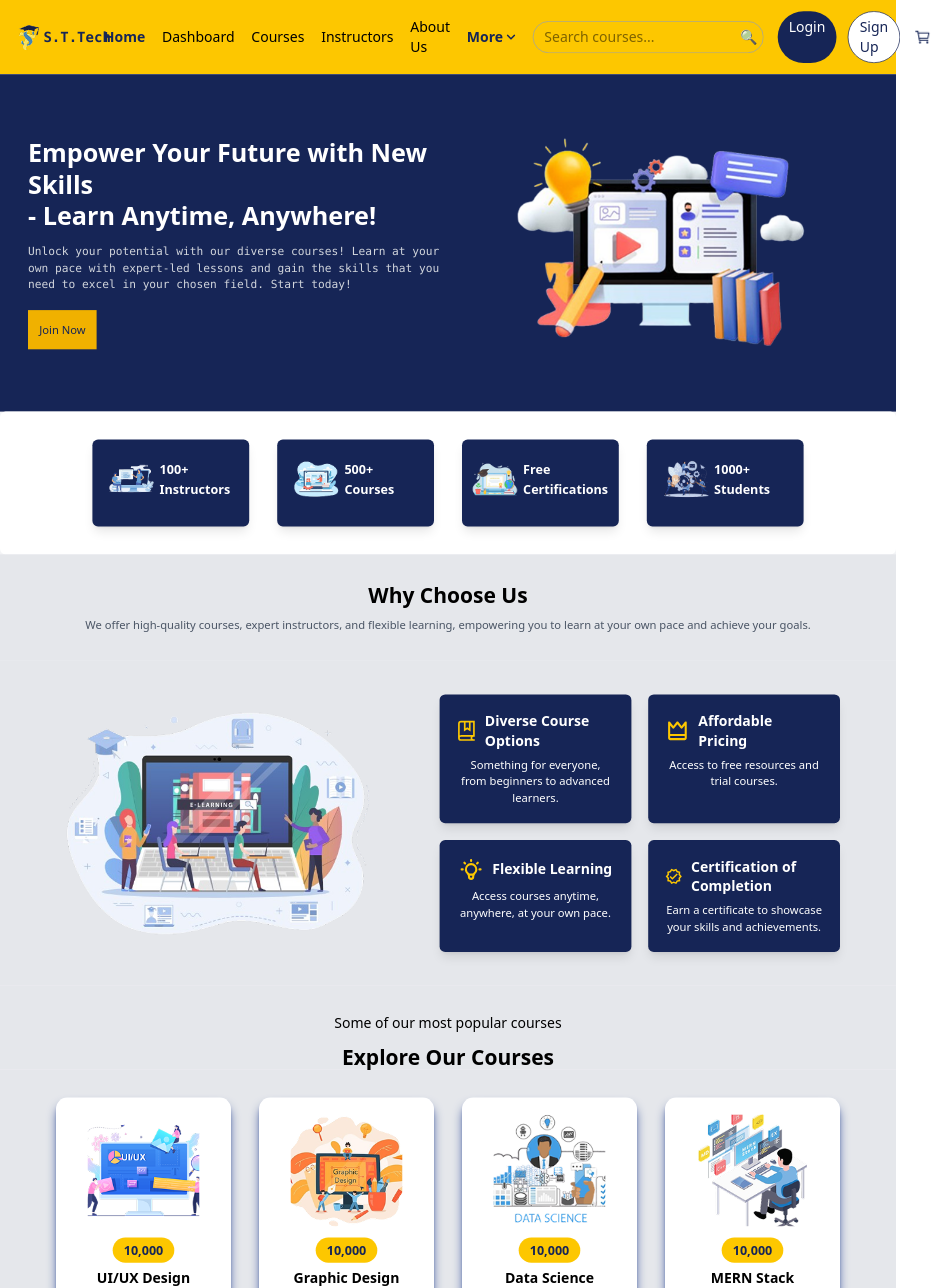
Repository: binisha-ghi1/e-learning
Page: /
These files come from the project's save history. The page is drawn as it stood at one moment and after the next save; the edit follows.
The browser window is 1280 px wide. The page is 1330 px wide, then 1280 px, then 1330 px, so the pictures cover 1330 px, including what lies to the right of the window. The pictures show the part of the page from y = 0 to 1840 px (the page is 6318 px tall before and 720 px after), at 70% of full size.
The project was rebuilt for these pictures with package versions that can differ from the ones it lists, and the page was loaded fresh each time. Also part of the build but not shown: vite.config.js, src/components/pages/AboutUs.jsx, src/components/pages/Dashboard.jsx, src/components/pages/Courses.jsx, src/components/pages/CourseDetail.jsx, src/components/pages/Instructors.jsx, src/components/pages/InstructorDetail.jsx, src/components/pages/More.jsx and 7 more.

Above is the page before, as saved 2025-02-22 21:47:44.

### src/main.jsx
import { StrictMode } from "react";
import { createRoot } from "react-dom/client";
import './index.css';
import App from './App.jsx';
import { BrowserRouter } from 'react-router-dom';
import { Auth0Provider } from '@auth0/auth0-react';

const rootElement = document.getElementById('root');
const root = createRoot(rootElement);

root.render(
  <StrictMode>
    <BrowserRouter>
      <Auth0Provider
        domain="dev-cgihc3o66rzyc3mx.us.auth0.com"
        clientId="7SBe4yFt3rYa3YhYrUZC3MTTG03d0HP8"
        authorizationParams={{
          redirect_uri: window.location.origin,
        }}
      >
        <App />
      </Auth0Provider>
    </BrowserRouter>
  </StrictMode>
);

### src/App.jsx
import React, { useState } from 'react';
import { Routes, Route } from 'react-router-dom';
import Navbar from './components/Navbar/Navbar';
import AboutUs from './components/pages/AboutUs';
import Home from './components/pages/Home';
import Dashboard from './components/pages/Dashboard';
import Courses from './components/pages/Courses';
import CourseDetail from './components/pages/CourseDetail';
import Instructors from './components/pages/Instructors';
import InstructorDetail from './components/pages/InstructorDetail';
import More from './components/pages/More';
import Contact from './components/pages/Contact';
import Login from './components/Authenication/Login';
import Signup from './components/Authenication/Signup';
import CartPage from './components/pages/CartPage';
import Payment from './components/pages/Payment';
import Failure from './components/pages/Failure';
import Success from './components/pages/Success';
import Team from './components/Team/Team';
import Student from './components/Student/Student';


const App = () => {
  const [cart, setCart] = useState([]);
  const [user, setUser] = useState(null);

  return (
    <div>
      <Navbar cart={cart} user={user} />
      <Routes>
        <Route path="/" element={<Home />} />
        <Route path="/dashboard" element={<Dashboard />} />
        <Route path="/courses" element={<Courses cart={cart} setCart={setCart} />} />
        <Route path="/course/:courseId" element={<CourseDetail cart={cart} setCart={setCart} />} />
        <Route path="/instructors" element={<Instructors />} />
        <Route path="/instructors/:id" element={<InstructorDetail />} />
        <Route path="/about" element={<AboutUs />} />

        <Route path="/contact" element={<Contact />} />
        <Route path="/more" element={<More />} />
        <Route path="/signup" element={<Signup setUser={setUser} />} />
        <Route path="/login" element={<Login setUser={setUser} />} />
        <Route path="/cart" element={<CartPage cart={cart} setCart={setCart} />} />
        <Route path="/payment" element={<Payment cart={cart} />} />
        <Route path="/success" element={<Success />} />
        <Route path="/failure" element={<Failure />} />
        <Route path="/team" element={<Team />} />
        <Route path="/student" element={<Student />} />

      </Routes>
    </div>
  );
};

export default App;

### src/components/Navbar/Navbar.jsx
import React, { useState, useRef, useEffect } from 'react';
import { NavLink, useNavigate } from 'react-router-dom';
import { IoCartOutline } from 'react-icons/io5';
import { FaChevronDown } from 'react-icons/fa';
import logo from '../../assets/images/logo.png';

const Navbar = ({ cart }) => {
  const [isDropdownOpen, setIsDropdownOpen] = useState(false);
  const [searchTerm, setSearchTerm] = useState(""); // ✅ Add state for search
  const dropdownRef = useRef(null);
  const navigate = useNavigate(); // ✅ To navigate to courses

  useEffect(() => {
    function handleClickOutside(event) {
      if (dropdownRef.current && !dropdownRef.current.contains(event.target)) {
        setIsDropdownOpen(false);
      }
    }
    document.addEventListener("mousedown", handleClickOutside);
    return () => document.removeEventListener("mousedown", handleClickOutside);
  }, []);

  const handleSearchSubmit = (e) => {
    e.preventDefault();
    if (searchTerm.trim()) {
      navigate(`/courses?search=${searchTerm}`); // ✅ Redirect to courses with search query
    }
  };

  return (
    <div className="flex flex-row bg-yellow-400 text-xl sticky top-0 z-50 font-oswald gap-5 py-4 px-6 items-center justify-between">
      {/* Logo */}
      <div className="flex items-center">
        <img src={logo} alt="S.T.Tech Logo" className="h-10 w-auto mr-2 animate-spin" />
        <p className="font-mono text-blue-950 font-bold">S.T.Tech</p>
      </div>

      {/* Navigation Links */}
      <div className="flex items-center gap-6">
        <NavLink to="/" className={({ isActive }) => isActive ? "text-blue-950 font-bold" : "hover:text-blue-950 hover:underline"}>Home</NavLink>
        <NavLink to="/dashboard" className={({ isActive }) => isActive ? "text-blue-950 font-bold" : "hover:text-blue-950 hover:underline"}>Dashboard</NavLink>
        <NavLink to="/courses" className={({ isActive }) => isActive ? "text-blue-950 font-bold" : "hover:text-blue-950 hover:underline"}>Courses</NavLink>
        <NavLink to="/instructors" className={({ isActive }) => isActive ? "text-blue-950 font-bold" : "hover:text-blue-950 hover:underline"}>Instructors</NavLink>
        <NavLink to="/about" className={({ isActive }) => isActive ? "text-blue-950 font-bold" : "hover:text-blue-950 hover:underline"}>About Us</NavLink>

        {/* More Dropdown */}
        <div className="relative" ref={dropdownRef}>
          <button onClick={() => setIsDropdownOpen(!isDropdownOpen)} className="flex items-center gap-1 text-blue-950 font-bold hover:underline">
            More <FaChevronDown className="text-sm" />
          </button>

          {isDropdownOpen && (
            <div className="absolute left-0 mt-2 w-48 bg-white border rounded-lg shadow-lg">
              <NavLink to="/contact" className="block px-4 py-2 text-blue-950 hover:bg-gray-200" onClick={() => setIsDropdownOpen(false)}>Contact</NavLink>
              <NavLink to="/team" className="block px-4 py-2 text-blue-950 hover:bg-gray-200" onClick={() => setIsDropdownOpen(false)}>Our Team</NavLink>
              <NavLink to="/student" className="block px-4 py-2 text-blue-950 hover:bg-gray-200" onClick={() => setIsDropdownOpen(false)}>Student Reviews</NavLink>
            </div>
          )}
        </div>

        {/* ✅ Search Bar */}
        <form onSubmit={handleSearchSubmit} className="relative">
          <input
            type="text"
            placeholder="Search courses..."
            value={searchTerm}
            onChange={(e) => setSearchTerm(e.target.value)}
            className="border border-gray-400 px-4 py-2 rounded-full focus:outline-none focus:border-blue-500"
          />
          <button type="submit" className="absolute right-2 top-1/2 transform -translate-y-1/2 text-blue-950 font-bold">🔍</button>
        </form>
      </div>

      {/* Login & Signup Buttons */}
      <div className="flex gap-4">
        <NavLink to="/login" className="bg-blue-950 text-white px-4 py-2 rounded-full hover:bg-blue-800">Login</NavLink>
        <NavLink to="/signup" className="bg-white text-blue-950 px-4 py-2 rounded-full border border-blue-950 hover:bg-gray-200">Sign Up</NavLink>
      </div>

      {/* Cart Icon */}
      <NavLink to="/cart" className="relative">
        <IoCartOutline className="text-2xl text-blue-950" />
        {cart.length > 0 && (
          <span className="absolute -top-2 -right-2 bg-red-500 text-white text-xs rounded-full w-5 h-5 flex items-center justify-center">
            {cart.length}
          </span>
        )}
      </NavLink>
    </div>
  );
};

export default Navbar;

### src/components/Team/Team.jsx
import founder from "../../assets/images/founder.png";
import nana from "../../assets/images/nana.png";
import henry from "../../assets/images/henry.png";
import ccr from "../../assets/images/ccr.png";
import { FaFacebook, FaInstagram, FaLinkedin } from "react-icons/fa";
import Footer from "../Footer/Footer";

const teamMembers = [
  { name: "Henry Smith", role: "Founder", image: founder },
  { name: "Nancy White", role: "Manager", image: nana },
  { name: "Henry Smith", role: "Marketing Head", image: henry },
  { name: "Nancy White", role: "Designer", image: ccr },
];

const Team = () => {
  return (
    <div className="p-6">
      <h2 className="text-3xl font-bold text-center mb-8">Our Team</h2>
      <div className="grid grid-cols-1 sm:grid-cols-2 lg:grid-cols-4 gap-14">
        {teamMembers.map((member, index) => (
          <div
            key={index}
            className="text-center bg-blue-950 text-white p-8 rounded-2xl transform transition duration-300 hover:scale-105"
          >
            <img
              src={member.image}
              alt={member.name}
              className="w-52 h-52 border-4 border-blue-600 rounded-full mx-auto mb-4"
            />
            <h3 className="font-semibold text-lg">{member.name}</h3>
            <p className="text-gray-500">{member.role}</p>
            <div className="flex flex-row items-center justify-center gap-4 mt-4 mb-4">
              <FaFacebook className="cursor-pointer hover:text-blue-400 transition duration-300" />
              <FaInstagram className="cursor-pointer hover:text-pink-400 transition duration-300" />
              <FaLinkedin className="cursor-pointer hover:text-blue-300 transition duration-300" />
            </div>
          </div>
        ))}
      </div>
      <Footer/>
    </div>
  );
};

export default Team;

### src/components/Student/Student.jsx
import { FaStar } from "react-icons/fa6";
import eye from '../../assets/images/eye.png';
import ear from '../../assets/images/ear.png';
import nose from '../../assets/images/nose.png';
import Footer from "../Footer/Footer";

const students = [
  {
    name: "James White",
    role: "Student",
    review: "Amazing platform! The lessons are clear, and the instructors are top-notch.",
    image: eye,
  },
  {
    name: "Jack Grey",
    role: "Student",
    review: "The course exceeded my expectations. I can’t wait to take another one!",
    image: ear,
  },
  {
    name: "Nancy Nancy",
    role: "Student",
    review: "The courses are well-structured and easy to follow. I learned so much!",
    image: nose,
  },
];

const Student = () => {
  return (
    <div>
    <div className="text-center mb-20 mt-20">
      <div className="flex items-center justify-center gap-6 flex-wrap">
        {students.map((student, index) => (
          <div
            key={index}
            className="flex flex-col bg-white font-medium p-4 rounded-lg transition-transform transform hover:scale-105 hover:shadow-lg w-72" // Adjusted width to make it smaller
          >
            <img
              src={student.image}
              alt={`${student.name}'s photo`}
              className="w-32 h-32 mx-auto mb-4 relative bottom-20" // Adjusted image position with relative bottom
            />
            <div className="flex justify-center gap-1 text-3xl text-yellow-400">
              {[...Array(5)].map((_, i) => (
                <FaStar key={i} />
              ))}
            </div>
            <h1 className="text-xl pt-2 pb-2 text-blue-950 font-medium">{student.name}</h1>
            <p className="text-lg text-gray-700">{student.role}</p>
            <p className="pt-2 pb-4 text-gray-500 px-4">{student.review}</p>
          </div>
        ))}
      </div>
    </div>
    <Footer/>
    </div>
  );
};

export default Student;

### src/components/Footer/Footer.jsx
import React from "react";
import navbar from "../../assets/images/navbar.png";
import logo from "../../assets/images/logo.png";
import { FaFacebook, FaInstagram, FaLinkedin } from "react-icons/fa";
import { NavLink } from "react-router-dom";

const Footer = () => {
  return (
    <div className="text-white py-10 px-6 " style={{ backgroundImage: `url(${navbar})`, }}>
      {/* Footer Content */}
      <div className="max-w-6xl mt-20 mx-auto grid grid-cols-1 md:grid-cols-5 gap-8">
        {/* Brand Info */}
        <div className="space-y-2">
          <img src={logo} alt="S.T.Tech Logo" className="h-12" />
          <h2 className="text-xl font-bold">S.T.Tech</h2>
          <p className="text-sm">
            S.T. Tech is an e-learning platform offering practical, engaging, and accessible courses designed to help students build skills and achieve their goals.
          </p>
        </div>

        {/* About Section */}
        <div className="space-y-2">
          <h2 className="text-lg font-semibold">About</h2>
          <p className="hover:underline pt-1">Blog</p>
          <p className="hover:underline pt-1">About Us</p>
          <p className="hover:underline pt-1">Team</p>
          <p className="hover:underline pt-1">Instructors</p>
          <p className="hover:underline pt-1">Privacy Policy</p>
          <p className="hover:underline pt-1">Terms & Conditions</p>
        </div>

        {/* Links Section */}
        <div className="space-y-4">
          <h2 className="text-lg font-semibold">Links</h2>
          <NavLink to="/home">
          <p className="hover:underline">Home</p>
          </NavLink>
          <NavLink to="/dashboard">
          <p className="hover:underline pt-3">Dashboard</p>
          </NavLink>
          <NavLink to="/contact">
          <p className="hover:underline pb-2 pt-4">FAQs</p>
          </NavLink>

          <NavLink to="/contact">
          <p className="hover:underline pb-2">Services</p>
          </NavLink>
          <NavLink to="/about">
          <p className="hover:underline pt-2">Why Us</p>
          </NavLink>
        </div>

        {/* Programs Section */}
        <div className="space-y-2">
          <h2 className="text-lg font-semibold">Programs</h2>
          <p className="hover:underline">IT Courses</p>
          <p className="hover:underline">Designing Courses</p>
          <p className="hover:underline">Marketing Courses</p>
          <p className="hover:underline">Business Courses</p>
          <p className="hover:underline">Public Development Courses</p>
          <p className="hover:underline">Creative Arts Courses</p>
        </div>

        {/* Address Section */}
        <div className="space-y-2">
          <h2 className="text-lg font-semibold">Address</h2>
          <p>Location</p>
          <p>Call: +977 9813000000</p>
          <p>Email: binisha@gmail.com</p>
          <p>Monday - Friday</p>
        </div>
      </div>

      {/* Social Media Section */}
      <div className="text-start mt-20">
        <h2 className="text-lg font-semibold">FOLLOW US ON</h2>
        <div className="flex justify-start space-x-6 mt-4 text-xl">
          <FaFacebook className=" cursor-pointer" />
          <FaInstagram className=" cursor-pointer" />
          <FaLinkedin className=" cursor-pointer" />
        </div>
        <p className="text-sm mt-4">© 2024 S.T.Tech. All rights reserved.</p>
      </div>
    </div>
  );
};

export default Footer;

### src/components/Button/Button.jsx


const Button = ({ title }) => {
  return (
    <div>
      <button className="bg-yellow-500 text-blue-950  p-4 flex items-center cursor-pointer gap-x-2 ">
        {title}

      </button>
    </div>
  );
};

export default Button;

### src/components/Sidebar/Sidebar.jsx
import { useState } from "react";
import { FaUser, FaBook, FaHeart, FaTasks, FaVideo, FaComments, FaEnvelope, FaCog, FaSignOutAlt } from "react-icons/fa";

const courseList = [
  {
    name: 'UI/UX Design',
    image: 'ui',  // Replace with actual image path
    video: 'https://www.youtube.com/watch?v=J1D-5feoHF4'
  },
  {
    name: 'Graphic Design',
    image: 'graphic',  // Replace with actual image path
    video: 'https://www.youtube.com/watch?v=dFSia1LZI4Y'
  },
  {
    name: 'Data Science',
    image: 'science',  // Replace with actual image path
    video: 'https://www.youtube.com/watch?v=X3paOmcrTjQ'
  },
  {
    name: 'MERN Stack',
    image: 'stack',  // Replace with actual image path
    video: 'https://www.youtube.com/watch?v=SycSR-NuDF0'
  },
  {
    name: 'Web Development',
    image: 'web',  // Replace with actual image path
    video: 'https://www.youtube.com/watch?v=5YDVJaItmaY'
  },
  {
    name: 'Project Management',
    image: 'project',  // Replace with actual image path
    video: 'https://www.youtube.com/watch?v=39_O-AnzTQg'
  },
  {
    name: 'Digital Marketing',
    image: 'digital',  // Replace with actual image path
    video: 'https://www.youtube.com/watch?v=bixR-KIJKYM'
  },
  {
    name: 'Brand Management',
    image: 'brand',  // Replace with actual image path
    video: 'https://www.youtube.com/watch?v=Hn4r9Byr5BQ'
  },
  {
    name: 'Public Speaking & Presentation',
    image: 'pocket',  // Replace with actual image path
    video: 'https://www.youtube.com/watch?v=tShavGuo0_E'
  },
  {
    name: '3D Modeling & Animation',
    image: 'threeD',  // Replace with actual image path
    video: 'https://www.youtube.com/watch?v=JvN-t0PwLaE'
  },
  {
    name: 'Business Analytics',
    image: 'business',  // Replace with actual image path
    video: 'https://www.youtube.com/watch?v=-psusaPKLg0'
  }
];

const getYouTubeVideoId = (url) => {
  try {
    const videoId = new URL(url).searchParams.get("v");
    return videoId;
  } catch (error) {
    console.error("Invalid video URL:", url);
    return null;
  }
};

const sections = [
  { name: "My Profile", icon: <FaUser /> },
  { name: "My Courses", icon: <FaBook /> },
  { name: "Wishlist", icon: <FaHeart /> },
  { name: "Tasks", icon: <FaTasks /> },
  { name: "Courses Videos", icon: <FaVideo /> },
  { name: "Feedback", icon: <FaComments /> },
  { name: "Messages", icon: <FaEnvelope /> },
  { name: "Settings", icon: <FaCog /> },
  { name: "Logout", icon: <FaSignOutAlt />, className: "text-red-500" },
];

const Sidebar = () => {
  const [activeSection, setActiveSection] = useState("My Profile");

  return (
    <div className="flex">
      {/* Sidebar */}
      <div className="w-64 bg-blue-800 text-white min-h-screen p-4">
        <h2 className="text-xl font-semibold mb-4">Dashboard</h2>
        <ul>
          {sections.map((section, index) => (
            <li key={index}>
              <button
                onClick={() => setActiveSection(section.name)}
                className={`flex items-center gap-2 p-2 w-full text-left hover:bg-gray-700 rounded ${
                  activeSection === section.name ? "bg-gray-500" : ""
                } ${section.className || ""}`}
              >
                {section.icon}
                <span>{section.name}</span>
              </button>
            </li>
          ))}
        </ul>
      </div>

      {/* Content Area */}
      <div className="flex-1 p-6">
        {activeSection === "Courses Videos" && (
          <div className="flex flex-wrap gap-6">
            <div className="grid grid-cols-1 sm:grid-cols-2 md:grid-cols-3 lg:grid-cols-4 gap-8">
              {courseList.map((course, index) => {
                const videoId = getYouTubeVideoId(course.video);
                return (
                  <div key={index} className="bg-white shadow-lg rounded-lg overflow-hidden">
                    <div className="p-4">
                      <h2 className="mt-4 text-center bg-blue-500 text-white rounded py-2 w-full">
                        {course.name}
                      </h2>

                      {/* Video Embedding */}
                      {videoId ? (
                        <iframe
                          className="mt-4 w-full h-32"
                          src={`https://www.youtube.com/embed/${videoId}`}
                          title={course.name}
                          frameBorder="0"
                          allow="accelerometer; autoplay; clipboard-write; encrypted-media; gyroscope; picture-in-picture"
                          allowFullScreen
                        ></iframe>
                      ) : (
                        <p className="text-red-500 mt-4">No video available for this course.</p>
                      )}
                    </div>
                  </div>
                );
              })}
            </div>
          </div>
        )}

          {activeSection === "My Profile" && <h1 className="text-2xl">📚 My Profile</h1>}

        {activeSection === "My Courses" && <h1 className="text-2xl">📚 My Courses</h1>}

        {activeSection === "Wishlist" && <h1 className="text-2xl">❤️ Wishlist</h1>}

        {activeSection === "Tasks" && <h1 className="text-2xl">📋 Tasks</h1>}

        {activeSection === "Feedback" && <h1 className="text-2xl">💬 Feedback</h1>}
        {activeSection === "Messages" && <h1 className="text-2xl">📩 Messages</h1>}
        {activeSection === "Settings" && <h1 className="text-2xl">⚙️ Settings</h1>}
        {activeSection === "Logout" && <h1 className="text-2xl text-red-500">🚪 Logging Out...</h1>}
      </div>
    </div>
  );
};

export default Sidebar;

Loaded but not shown: index.html (common file); src/index.css (common file); src/components/pages/Home.jsx (209 lines, source omitted)

After the next save:
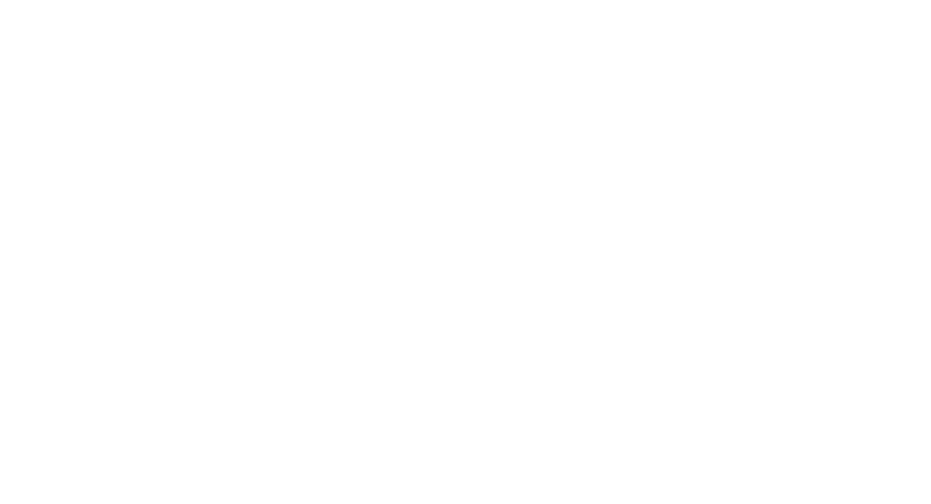
Console error: ReferenceError: Footer is not defined
Saved 18 h 54 min later.
--- a/src/components/Student/Student.jsx
+++ b/src/components/Student/Student.jsx
@@ -2,7 +2,7 @@
 import eye from '../../assets/images/eye.png';
 import ear from '../../assets/images/ear.png';
 import nose from '../../assets/images/nose.png';
-import Footer from "../Footer/Footer";
+
 
 const students = [
   {

After the save that followed:
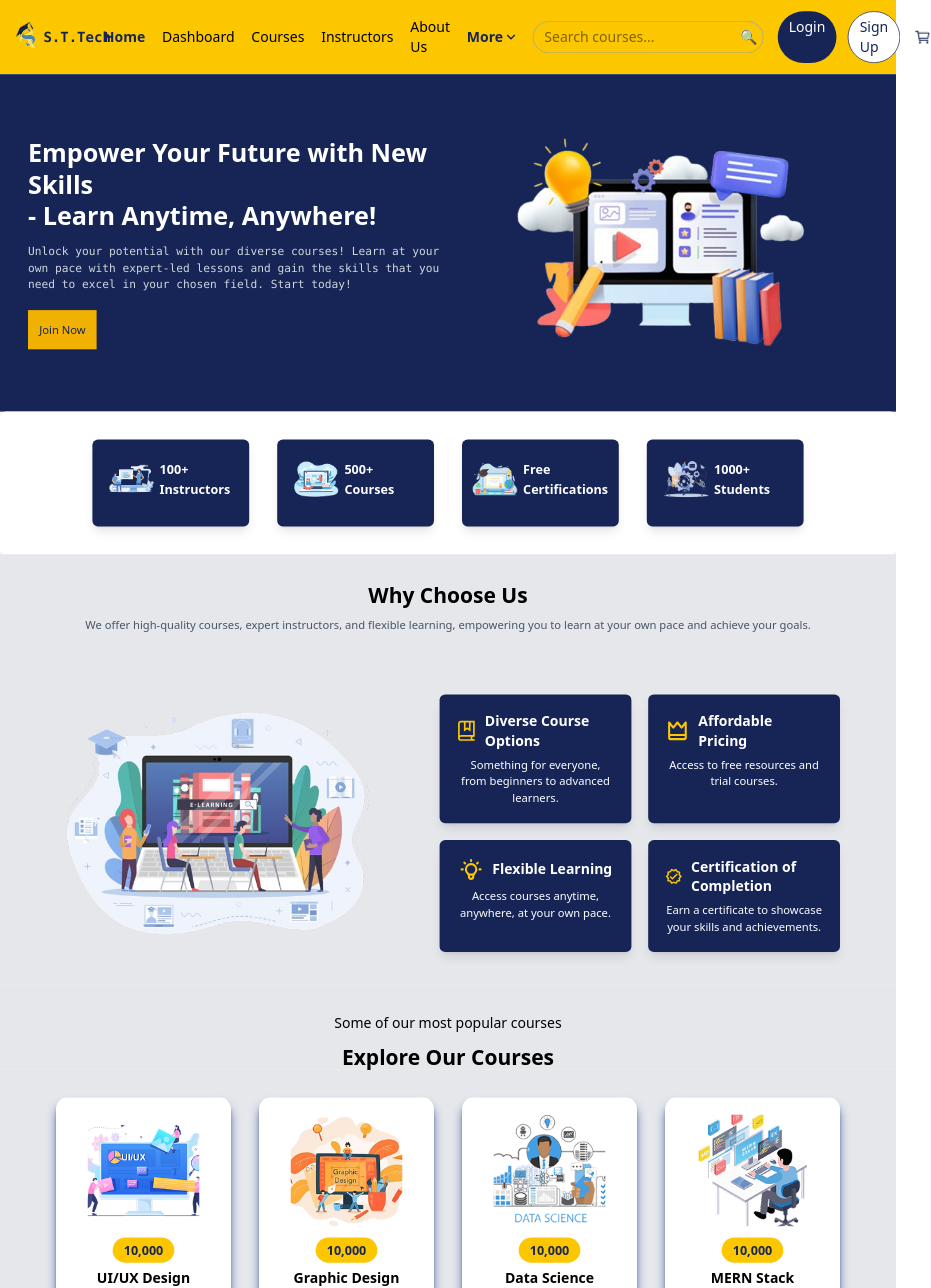
The error is gone.
Saved 4 s later.
--- a/src/components/Student/Student.jsx
+++ b/src/components/Student/Student.jsx
@@ -52,7 +52,7 @@
         ))}
       </div>
     </div>
-    <Footer/>
+
     </div>
   );
 };
